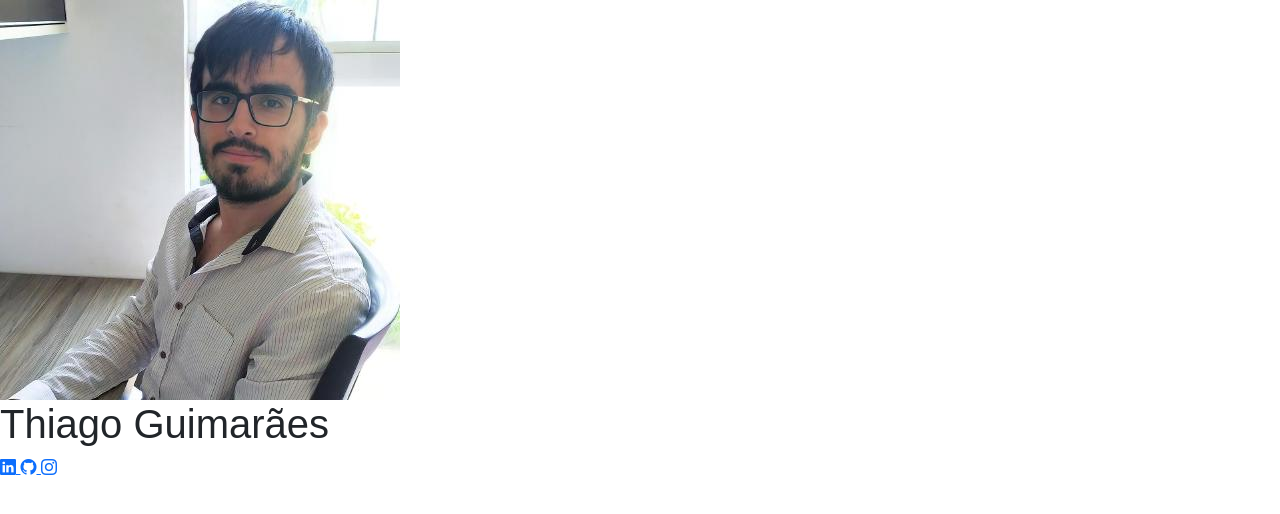
Repository: Rayago/projeto-portfolio
Page: http://localhost/
The author's editor kept a copy of each file at every save. The page is drawn from the files as they stood at one save, then again after the next save.
The browser window is 1280 px wide. The pictures show the whole page.
Some web fonts or font styles are not loaded; a fallback is used. The page is served by the project's application, run on Flask 3 (app.py).

Above is the page before, as saved 2022-07-11 23:02:41.

### templates/index.html
<!DOCTYPE html>
<html lang="pt-br">
<head>
    <meta charset="UTF-8">
    <meta http-equiv="X-UA-Compatible" content="IE=edge">
    <meta name="viewport" content="width=device-width, initial-scale=1.0">
    <link rel="stylesheet" href="../static/bootstrap/css/bootstrap.css">
    <link rel="stylesheet" href="../static/style.css">
    <link rel="icon" type="image/png" href="../static/img">
    <link rel="stylesheet" href="https://cdn.jsdelivr.net/npm/bootstrap-icons@1.8.3/font/bootstrap-icons.css">
    <title>Thiago Guimarães</title>
</head>
<body>

    <aside id="header">
        <section class="profile">
            <img src="../static/img/meu_perfil.jpg" alt="Foto Perfil"/>
            <h1>Thiago Guimarães</h1>
            <div>
                <a href="https://www.linkedin.com/in/raymundo-thiago">
                    <i class="bi bi-linkedin"></i>
                </a>
                <a href="https://www.github.com/Rayago">
                    <i class="bi bi-github"></i>
                </a>
                <a href="https://www.instagram.com/estudatech">
                    <i class="bi bi-instagram"></i>
                </a>
            </div>
        </section>
    </aside>


    <script src="../static/bootstrap/js/bootstrap.bundle.min.js"></script>
    <script src="../static/script.js"></script>
</body>
</html>

### app.py
from flask import Flask, render_template, redirect

app = Flask(__name__)

@app.route('/')
def index():
    return render_template('index.html')

if __name__ == '__main__':
    app.run(debug=True)

### static/style.css
@import url('https://fonts.googleapis.com/css2?family=Ubuntu:ital,wght@0,300;0,400;0,500;0,700;1,300;1,400;1,500;1,700&display=swap');

html, body {
    font-family: Ubuntu, Arial;
    width: 100%;
    height: 100%;
}

#header {
    position: fixed;
    top: 0;
    left: 0;
    bottom: 0;
}

Loaded but not shown: static/bootstrap/css/bootstrap.css (library); static/bootstrap/js/bootstrap.bundle.min.js (library); static/script.js (no stored copy; drawn as an empty file)

After the next save:
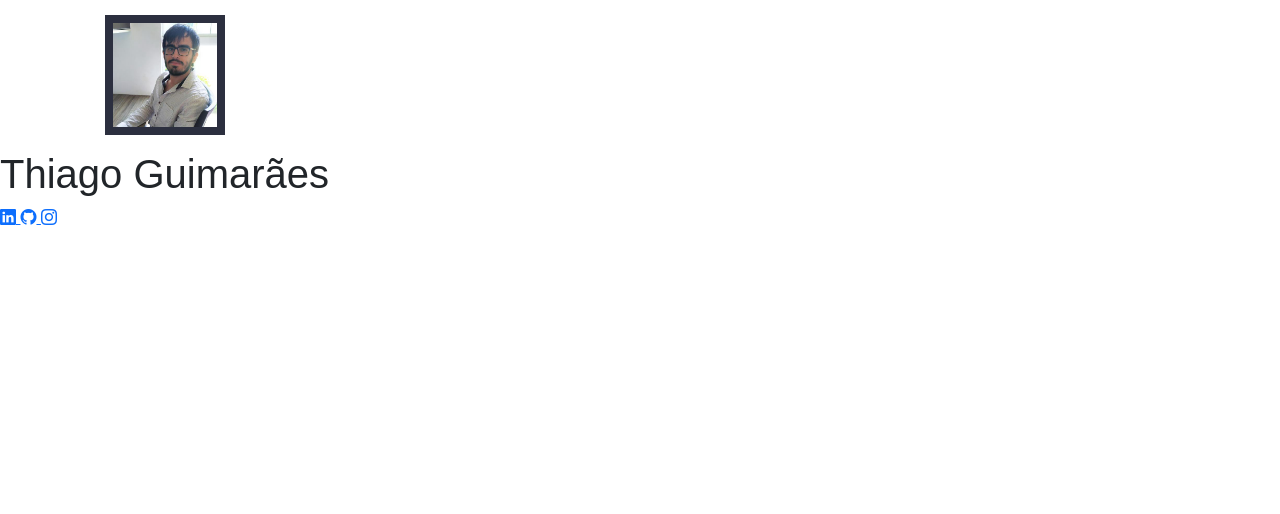
Saved 80 s later.
--- a/static/style.css
+++ b/static/style.css
@@ -12,3 +12,10 @@ html, body {
     left: 0;
     bottom: 0;
 }
+
+#header .profile img {
+    margin: 15px auto;
+    display: block;
+    width: 120px;
+    border: 8px solid #2c2f3f;
+}
